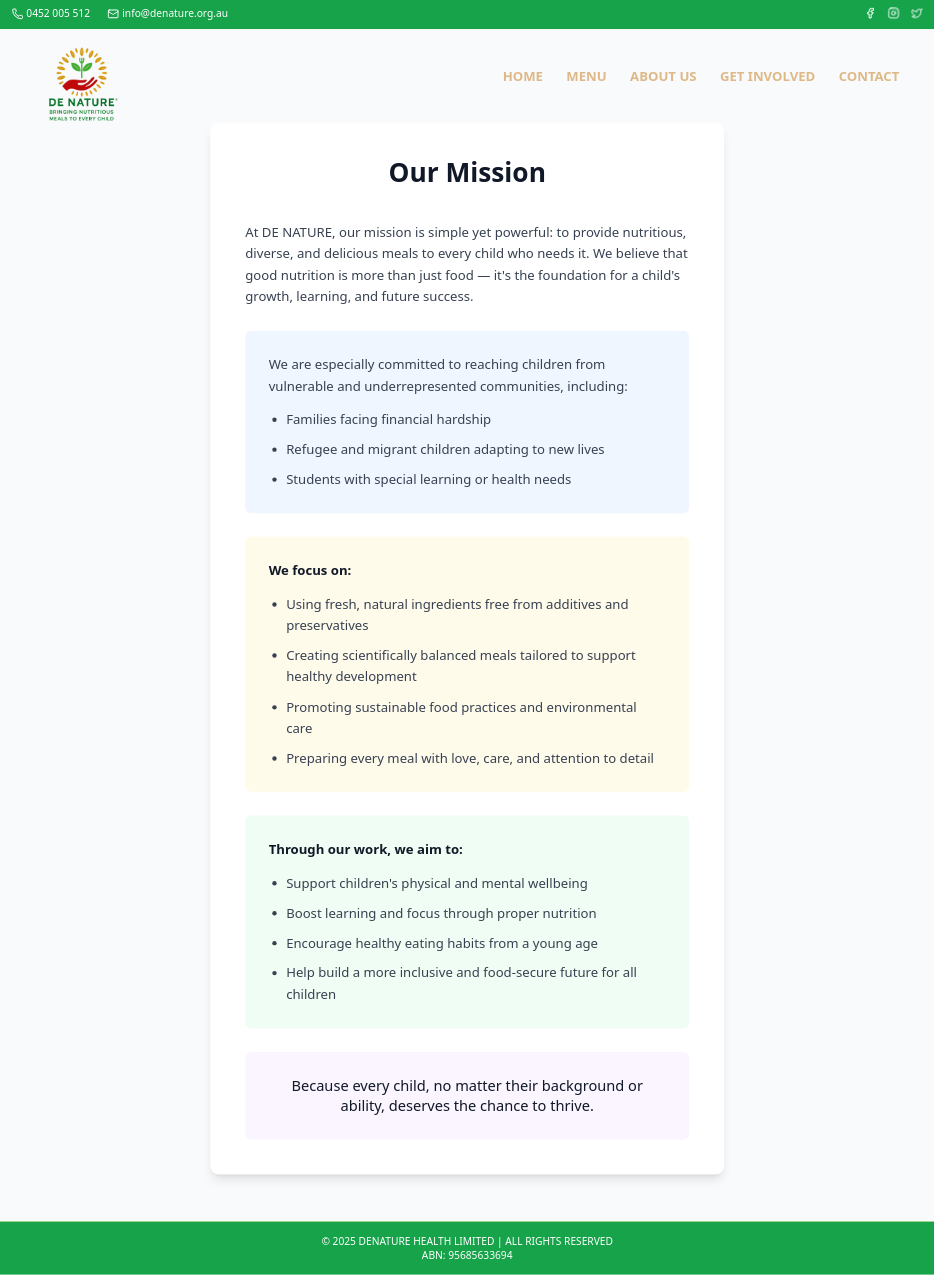
Repository: sunnyyan01/denature-website
Page: /about/our-mission
These files come from the project's save history. The page is drawn as it stood at one moment and after the next save; the edit follows.
The browser window is 1280 px wide. The pictures show the whole page, at 73% of full size.
The project was rebuilt for these pictures with package versions that can differ from the ones it lists, and the page was loaded fresh each time. The framework's server and built-in components were replaced by stand-ins that run in the browser. Also part of the build but not shown: next.config.js.

Above is the page before, as saved 2025-04-21 22:37:40.

After the next save:
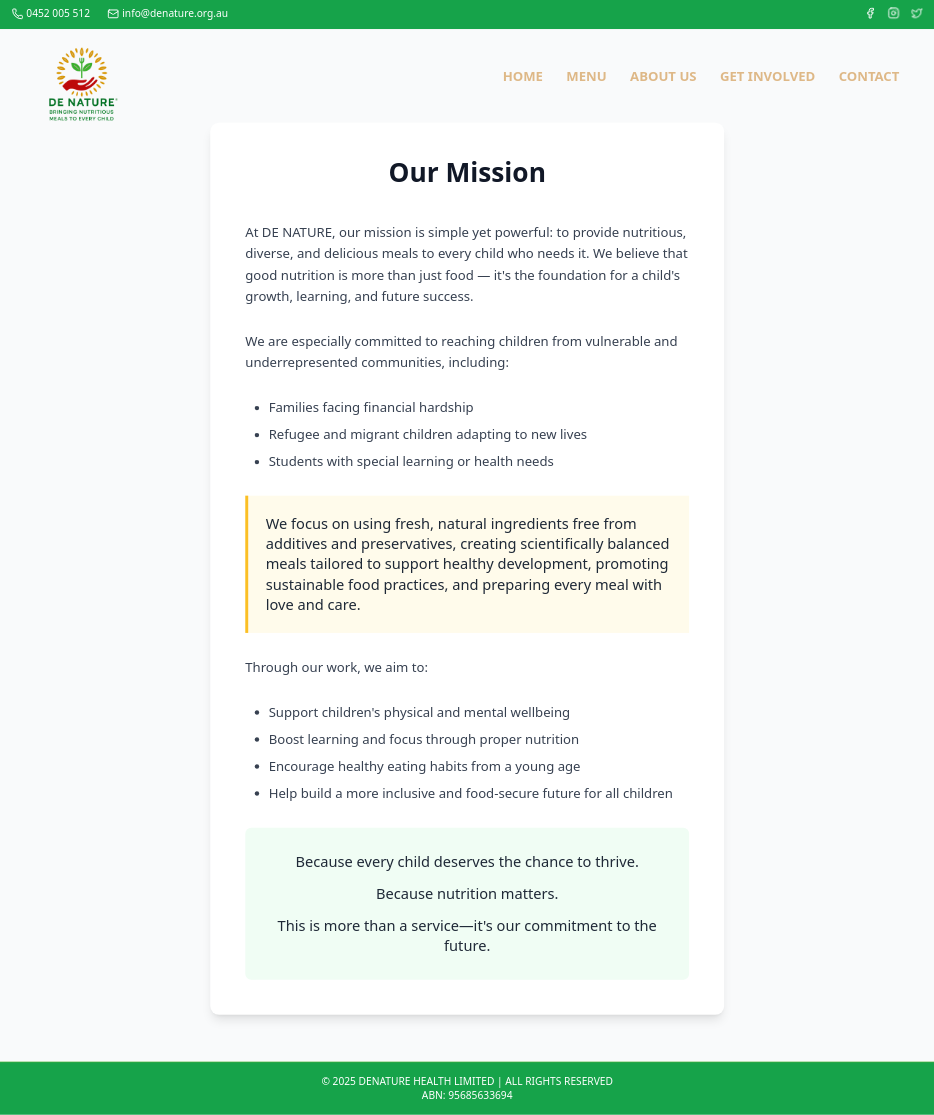
Saved 6 min 7 s later.
--- a/src/app/about/our-mission/page.tsx
+++ b/src/app/about/our-mission/page.tsx
@@ -8,53 +8,44 @@
               Our Mission
             </h1>
 
-            <div className="space-y-8 text-lg text-gray-700 leading-relaxed">
-              <p>
+            <div className="space-y-8">
+              <p className="text-lg text-gray-700 leading-relaxed">
                 At DE NATURE, our mission is simple yet powerful: to provide nutritious, diverse, and delicious meals to every child who needs it. We believe that good nutrition is more than just food — it's the foundation for a child's growth, learning, and future success.
               </p>
 
-              <div className="bg-blue-50 rounded-lg p-8">
-                <p className="mb-4">
-                  We are especially committed to reaching children from vulnerable and underrepresented communities, including:
+              <p className="text-lg text-gray-700 leading-relaxed">
+                We are especially committed to reaching children from vulnerable and underrepresented communities, including:
+              </p>
+
+              <ul className="text-lg text-gray-700 leading-relaxed list-disc pl-8 space-y-2">
+                <li>Families facing financial hardship</li>
+                <li>Refugee and migrant children adapting to new lives</li>
+                <li>Students with special learning or health needs</li>
+              </ul>
+
+              <div className="bg-amber-50 border-l-4 border-amber-400 p-6 my-12">
+                <p className="text-xl text-gray-800">
+                  We focus on using fresh, natural ingredients free from additives and preservatives, creating scientifically balanced meals tailored to support healthy development, promoting sustainable food practices, and preparing every meal with love and care.
                 </p>
-
-                <ul className="list-disc pl-6 space-y-3">
-                  <li>Families facing financial hardship</li>
-                  <li>Refugee and migrant children adapting to new lives</li>
-                  <li>Students with special learning or health needs</li>
-                </ul>
               </div>
 
-              <div className="bg-amber-50 rounded-lg p-8">
-                <p className="font-semibold text-gray-900 mb-4">
-                  We focus on:
-                </p>
+              <p className="text-lg text-gray-700 leading-relaxed">
+                Through our work, we aim to:
+              </p>
 
-                <ul className="list-disc pl-6 space-y-3">
-                  <li>Using fresh, natural ingredients free from additives and preservatives</li>
-                  <li>Creating scientifically balanced meals tailored to support healthy development</li>
-                  <li>Promoting sustainable food practices and environmental care</li>
-                  <li>Preparing every meal with love, care, and attention to detail</li>
-                </ul>
-              </div>
+              <ul className="text-lg text-gray-700 leading-relaxed list-disc pl-8 space-y-2">
+                <li>Support children's physical and mental wellbeing</li>
+                <li>Boost learning and focus through proper nutrition</li>
+                <li>Encourage healthy eating habits from a young age</li>
+                <li>Help build a more inclusive and food-secure future for all children</li>
+              </ul>
 
-              <div className="bg-green-50 rounded-lg p-8">
-                <p className="font-semibold text-gray-900 mb-4">
-                  Through our work, we aim to:
-                </p>
-
-                <ul className="list-disc pl-6 space-y-3">
-                  <li>Support children's physical and mental wellbeing</li>
-                  <li>Boost learning and focus through proper nutrition</li>
-                  <li>Encourage healthy eating habits from a young age</li>
-                  <li>Help build a more inclusive and food-secure future for all children</li>
-                </ul>
-              </div>
-
-              <div className="bg-purple-50 rounded-lg p-8 text-center">
-                <p className="text-xl font-medium text-gray-900">
-                  Because every child, no matter their background or ability, deserves the chance to thrive.
-                </p>
+              <div className="bg-green-50 rounded-lg p-8 mt-12">
+                <div className="space-y-4 text-center">
+                  <p className="text-xl text-gray-800 font-medium">Because every child deserves the chance to thrive.</p>
+                  <p className="text-xl text-gray-800 font-medium">Because nutrition matters.</p>
+                  <p className="text-xl text-gray-800 font-medium">This is more than a service—it's our commitment to the future.</p>
+                </div>
               </div>
             </div>
           </article>
